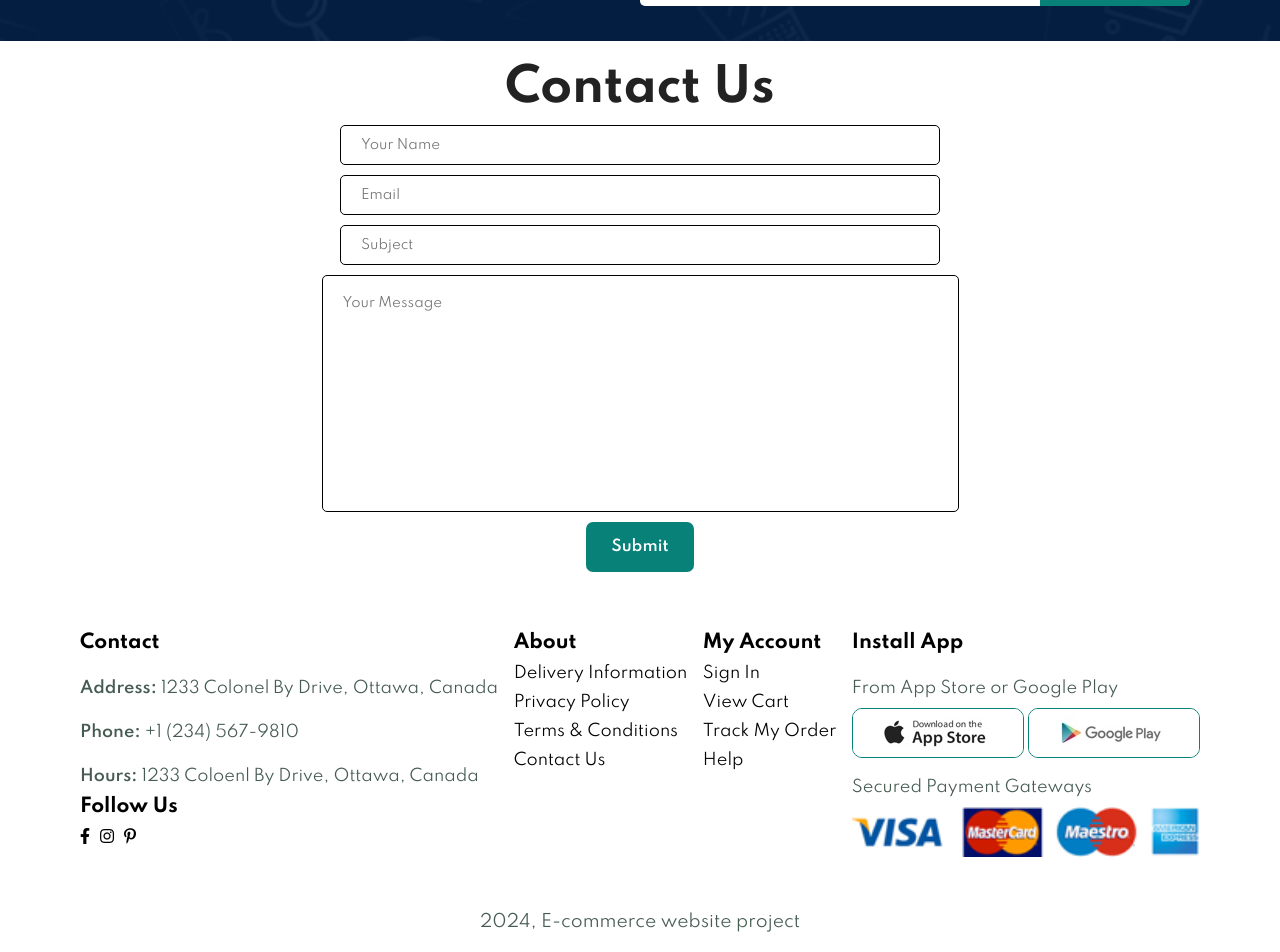
Repository: Daryllgio/E-Commerce-Website-UI
Page: contact.html
An editor plug-in stored every save of this project. The page is shown before and after the next save, followed by the edit.
The browser window is 1280 px wide. The pictures show the part of the page from y = 1015 to 1967 px (the page is 1967 px tall before and 1747 px after).
Some web libraries are served in a nearby version.

Above is the page before, as saved 2025-01-02 00:03:13.

### contact.html
<!DOCTYPE html>
<html lang="en">

<head>
    <meta charset="UTF-8">
    <meta http-equiv="X-UA-Compatible" content="IE=edge">
    <meta name="viewport" content="width=device-width, initial-scale=1.0">
    <title>Document</title>

    <link rel="stylesheet" href="https://pro.fontawesome.com/releases/v5.10.0/css/all.css" />

    <link rel="stylesheet" href="style.css">
</head>

<body>
    <section id="header">
        <a href="#"><img src="img/logo.png" id="logo" class="logo" alt=""></a>

        <div>
            <ul id="navbar">
                <li>
                    <a href="index.html">Home</a>
                </li>
                <li>
                    <a href="shop.html">Shop</a>
                </li>
                <li>
                    <a class="active" href="contact.html">Contact</a>
                </li>
                <li>
                    <a href="cart.html"><i class="fa fa-shopping-cart" aria-hidden="true"></i></a>
                </li>

            </ul>
        </div>
    </section>
    <section id="ContactPageheader" class="section-p1">
        <h2>#Let's Talk</h2>
        <p>Leave A Message. We love to hear from you !</p>
    </section>
    <section id="ContactDetailContainer">
        <div>
            <p>
                GET IN TOUCH
            </p>
            <h2>
                Visit one of our agency locations or contact us today
            </h2>
            <h3>
                Head Office
            </h3>
            <div class="ContactDetail">
                <i class="far fa-map"></i>
                <p>
                    56 Glassford Street Glasgow G1 1UL New York
                </p>
            </div>
            <div class="ContactDetail">
                <i class="far fa-envelope"></i>
                <p>
                    Contact@example.com
                </p>
            </div>
            <div class="ContactDetail">
                <i class="far fa-phone-alt"></i>
                <p>
                    +1 (234) 567-9810
                </p>
            </div>
            <div class="ContactDetail">
                <i class="far fa-clock"></i>
                <p>
                    Monday to Saturday: 9.00am to 16.pm
                </p>
            </div>
        </div>

        <div class="map">
            <iframe
                src="https://www.google.com/maps/embed?pb=!1m18!1m12!1m3!1d3154.2481147782505!2d-122.38923522391983!3d37.760780071988954!2m3!1f0!2f0!3f0!3m2!1i1024!2i768!4f13.1!3m3!1m2!1s0x808f7f001c806bf3%3A0xfff22b37f9f735f4!2sY%20Combinator!5e0!3m2!1sen!2sus!4v1735790510353!5m2!1sen!2sus"
                width="600" height="450" style="border:0;" allowfullscreen="" loading="lazy"
                referrerpolicy="no-referrer-when-downgrade"></iframe>
        </div>
    </section>

    <section id="sm-NewsLetter" class="section-p1">
        <div class="Newsletters-Container">
            <div class="Newsletters-Text">
                <h3>Sign Up For Newsletters</h3>
                <p> Get the updates about out latest shop and <span>special offers</span></p>
            </div>
            <div class="Newsletters-Input">
                <input placeholder="Your email address" />
                <button>
                    Sign Up
                </button>
            </div>
        </div>
    </section>

    <section id="Contact-Input">
        <h2>
            Contact Us
        </h2>
        <input type="text" placeholder="Your Name" class="Input-Box" />
        <input type="text" placeholder="Email" class="Input-Box" />
        <input type="text" placeholder="Subject" class="Input-Box" />
        <input type="text" placeholder="Your Message" class="Input-Message-Box" />
        <button>
            Submit
        </button>
    </section>

    <section id="Footer" class="section-p1">
        <div class="Footer-box">
            <h3>Contact</h3>
            <p><span>Address: </span>1233 Colonel By Drive, Ottawa, Canada</p>
            <p><span>Phone: </span>+1 (234) 567-9810</span></p>
            <p><span>Hours: </span>1233 Coloenl By Drive, Ottawa, Canada</p>
            <h3>Follow Us</h3>

            <div class="Social-Icons">
                <i class="fab fa-facebook-f"></i>
                <i class="fab fa-instagram"></i>
                <i class="fab fa-pinterest-p"></i>
            </div>
        </div>

        <div class="Footer-box">
            <h3>About</h3>
            <a href="#">Delivery Information</a>
            <a href="#">Privacy Policy</a>
            <a href="#">Terms & Conditions</a>
            <a href="contact.html">Contact Us</a>
        </div>

        <div class="Footer-box">
            <h3>My Account</h3>
            <a href="#">Sign In</a>
            <a href="cart.html">View Cart</a>
            <a href="#">Track My Order</a>
            <a href="#">Help</a>
        </div>

        <div class="Footer-box">
            <h3>Install App</h3>
            <p>From App Store or Google Play</p>
            <div class="Pay-Container">
                <img src="img/pay/app.jpg" class="pay" alt="">
                <img src="img/pay/play.jpg" class="pay" alt="">

            </div>
            <p>Secured Payment Gateways</p>
            <img src="img/pay/pay.png" alt="">

        </div>

    </section>
    <div id="copyright">
        <p>
            2024, E-commerce website project
        </p>
    </div>


    <script src="script.js"></script>

</body>

</html>

### style.css
@import url("https://fonts.googleapis.com/css2?family=Spartan:wght@100;200;300;400;500;600;700;800;900&display=swap");

* {
  margin: 0;
  padding: 0;
  box-sizing: border-box;
  font-family: "Spartan", sans-serif;
}

html {
  scroll-behavior: smooth;
}

/* Global Styles */

h1 {
  font-size: 50px;
  line-height: 64px;
  color: #222;
}

h2 {
  font-size: 46px;
  line-height: 54px;
  color: #222;
}

h4 {
  font-size: 20px;
  color: #222;
}

h6 {
  font-weight: 700;
  font-size: 12px;
}

p {
  font-size: 16px;
  color: #465b52;
  margin: 15px 0 20px 0;
}

.section-p1 {
  padding: 40px 80px;
}

.section-m1 {
  margin: 40px 0;
}

button.normal {
  font-size: 14px;
  font-weight: 400;
  padding: 15px 20px;
  border-radius: 5px;
  cursor: pointer;
  border: none;
  outline: none;
  transition: 0.3s;
}

body {
  width: 100%;
}

#header {
  display: flex;
  align-items: center;
  justify-content: space-between;
  padding: 20px 80px;
  background: #E3E6F3;
  box-shadow: 0 5px 15px rgba(0, 0, 0, 0.06);
  position: sticky;
  top: 0;
  left: 0;

}



#navbar {
  display: flex;
  align-items: center;
  justify-content: center;
}

#navbar li {
  list-style: none;
  padding: 0px 20px;
}

#navbar li a {
  text-decoration: none;
  font-size: 15px;
  font-weight: 600;
  color: #000;
  transition: 0.3s ease;
}

#navbar li a:hover,
#navbar li a.active {
  color: #088178;
}

#HomeHeaderContent {
  background-image: url("img/hero4.png");
  height: 90vh;
  width: 100%;
  background-size: cover;
  background-position: top 25% right 0;
  padding: 0 80px;
  align-items: flex-start;
  display: flex;
  flex-direction: column;
  justify-content: center;
}

#HomeHeaderContent h4 {
  margin-bottom: 10px;
}

#HomeHeaderContent h1 {
  color: #088178;
}

#HomeHeaderContent button {
  color: #088178;
  background-image: url("img/button.png");
  font-size: 15px;
  font-weight: 600;
  background-color: transparent;
  border: 0;
  padding: 14px 80px 14px 65px;
  background-repeat: no-repeat;
  cursor: pointer;
}

#Features {
  display: flex;
  justify-content: space-between;
}

#Features .fe-box {
  width: 200px;
  text-align: center;
  padding: 35px 25px;
  border: 1px solid #cce7d0;
  box-shadow: 20px 20px 34px rgba(0, 0, 0, 0.03);
  border-radius: 10px;
}

#Features .fe-box:hover {
  box-shadow: 10px 10px 54px rgba(0, 0, 0, 0.1);
}

#Features .fe-box img {
  margin-bottom: 10px;
}

#Features .fe-box h6 {
  font-size: 13px;
  display: inline-block;
  line-height: 1;
  border-radius: 4px;
  color: #088178;
  background-color: #fddde4;
  padding: 9px 8px 6px 8px;
}

#Features .fe-box:nth-child(2) h6 {
  background-color: #cdebbc;
}

#Features .fe-box:nth-child(3) h6 {
  background-color: #d1e8f2;
}

#Features .fe-box:nth-child(4) h6 {
  background-color: #cdd4f8;
}

#Features .fe-box:nth-child(5) h6 {
  background-color: #f6dbf6;
}

#Features .fe-box:nth-child(6) h6 {
  background-color: #fff2e5;
}

#product1 {
  text-align: center;
}

#product1 .pro {
  width: 23%;
  min-width: 250px;
  padding: 10px 25px;
  border: 1px solid #f0f0f0;
  border-radius: 20px;
  cursor: pointer;
  box-shadow: 20px 20px 30px rgba(0, 0, 0, 0.02);
  transition: 0.3s ease;
}

#product1 .pro:hover {
  box-shadow: 20px 20px 30px rgba(0, 0, 0, 0.06);

}

#product1 .pro img {
  width: 100%;
  border-radius: 20px;
}

#product1 .pro .des {
  text-align: start;
  padding: 10px 0;
}

#product1 .pro .des span {
  color: #606063;
  font-size: 12px;
}

#product1 .pro .des h5 {
  color: #1a1a1a;
  font-size: 14px;
  padding-top: 7px;
}

#product1 .pro .des .fa-star {
  color: rgb(243, 181, 25);
  font-size: 12px;
}

#product1 .pro .des h4 {
  font-size: 16px;
  padding-top: 7px;
  font-weight: 700;
  color: #088178;

}

#product1 .pro .Shop {
  display: flex;
  justify-content: space-between;
}

#product1 .pro .des .fa-shopping-cart {
  width: 40px;
  height: 40px;
  line-height: 40px;
  border-radius: 50px;
  font-size: 17px;
  background-color: #e8f6ea;
  font-weight: 500;
  color: #088178;
  border: 1px solid #cce7d0;
  text-align: center;
}

#product1 .pro-container {
  display: flex;
  justify-content: space-between;
  padding: 20px;
  flex-wrap: wrap;
}


#banner {
  background-image: url("img/banner/b2.jpg");
  height: 40vh;
  width: 100%;
  background-size: cover;
  background-position: top 25% right 0;
  padding: 0 80px;
  text-align: center;
  display: flex;
  flex-direction: column;
  align-items: center;
  justify-content: center;
}

#banner p {
  font-size: 15px;
  margin-bottom: 15px;
  font-weight: 400;
  color: #ffffff;
}

#banner h2 {
  color: #fff;
  margin-bottom: 15px;
}

#banner span {
  color: red;
}

#banner button:hover {
  color: #fff;
  background-color: #088178;
}



#sm-banner {
  display: flex;
  justify-content: space-between;
  flex-wrap: wrap;
  margin-bottom: 10px;
}

#sm-banner .banner-box {
  background-image: url("img/banner/b17.jpg");
  height: 50vh;
  min-width: 620px;
  background-size: cover;
  padding: 0 20px;
  display: flex;
  flex-direction: column;
  align-items: flex-start;
  justify-content: center;

}

#sm-banner .banner-box:nth-child(2) {
  background-image: url("img/banner/b10.jpg");
}

#sm-banner p {
  font-size: 20px;
  color: #fff;
}

#sm-banner h2 {
  color: #fff;
}

#sm-banner span {
  font-size: 17px;
  color: #fff;
  margin-top: 15px;
}

#sm-banner button {
  margin-top: 25px;
  background-color: transparent;
  color: #fff;
  border: 1px solid #fff;
  transition: 0.3s ease;

}

#sm-banner button:hover {
  border: 0;
  background-color: #088178;
}




#sm-banner2 {
  display: flex;
  justify-content: space-between;
}

#sm-banner2 .banner-box {
  background-image: url("img/banner/b7.jpg");
  height: 30vh;
  width: 420px;
  background-size: cover;
  padding: 0 20px;
  display: flex;
  flex-direction: column;
  align-items: flex-start;
  justify-content: center;
  overflow: hidden;

}

#sm-banner2 .banner-box:nth-child(2) {
  background-image: url("img/banner/b4.jpg");
}

#sm-banner2 .banner-box:nth-child(3) {
  background-image: url("img/banner/b18.jpg");
}

#sm-banner2 h3 {
  font-size: 28px;
  color: #fff;
}

#sm-banner2 span {
  font-size: 17px;
  color: #fff;
  font-weight: 600;
  margin-top: 15px;
}

#sm-NewsLetter {
  background-image: url("img/banner/b14.png");
  background-repeat: no-repeat;
  height: 20vh;
  width: 100%;
  background-size: cover;
  background-position: top 25% right 30%;
  background-color: #041e42;
}

#sm-NewsLetter .Newsletters-Container {
  justify-content: space-between;
  padding: 0 10px;
  display: flex;
  flex-direction: row;
  align-items: center;
}

#sm-NewsLetter .Newsletters-Container h3 {
  color: #fff;
  font-size: 24px;
}

#sm-NewsLetter .Newsletters-Container p {
  color: #fff;
}

#sm-NewsLetter .Newsletters-Container span {
  color: rgb(243, 181, 25);
}

#sm-NewsLetter .Newsletters-Input {
  display: flex;
}

#sm-NewsLetter input {
  width: 400px;
  border: 0;
  border-radius: 5px;
  border-top-right-radius: 0;
  border-bottom-right-radius: 0;
  height: 55px;
  padding-left: 30px;
  font-size: 16px;
}

#sm-NewsLetter button {
  width: 150px;
  height: 55px;
  font-size: 16px;
  color: #fff;
  background-color: #088178;
  border: 0;
  border-radius: 5px;
  border-top-left-radius: 0;
  border-bottom-left-radius: 0;
}

#Footer {
  display: flex;
  flex-direction: row;
  justify-content: space-between;
}

#Footer .Footer-box {
  display: flex;
  flex-direction: column;
}

#Footer a {
  margin-bottom: 10px;
  text-decoration: none;
  color: #000;
}



#Footer h3 {
  margin-bottom: 10px;
}

#Footer .Social-Icons {
  display: flex;
  flex-direction: row;
  align-items: center;
}

#Footer i {
  margin-right: 10px;
}

#Footer span {
  font-weight: 600;
}

#Footer p {
  margin-bottom: 10px;
}

#Footer .pay {
  border: 1px solid #088178;
  border-radius: 10px;
}

#copyright p {
  text-align: center;
  font-size: 17px;
  font-weight: 400;
}

#ShopPageheader {
  background-image: url("img/banner/b1.jpg");
  height: 40vh;
  width: 100%;
  background-size: cover;
  background-position: top 25% right 0;
  padding: 0 80px;
  text-align: center;
  display: flex;
  flex-direction: column;
  align-items: center;
  justify-content: center;
}

#ShopPageheader h2 {
  color: #fff;
}

#ShopPageheader p {
  color: #fff;
  font-size: 18px;
  font-weight: 600;
}

#ShopPagePagination {
  display: flex;
  align-items: center;
  justify-content: center;
  margin-bottom: 20px;
}

#ShopPagePagination a {
  padding: 20px 25px;
  align-items: center;
  text-align: center;
  background-color: #088178;
  font-size: 15px;
  font-weight: 600;
  border: 0;
  text-decoration: none;
  border-radius: 10px;
  margin-right: 10px;
  color: #fff;
}

#ShopPagePagination a i {
  font-size: 18px;
}

.dropdown-content {
  display: none;
  position: absolute;
  background-color: #f9f9f9;
  min-width: 160px;
  box-shadow: 0px 8px 16px rgba(0, 0, 0, 0.2);
  z-index: 1;
}

.dropdown-content a {
  color: black;
  padding: 12px 16px;
  text-decoration: none;
  display: block;
}

.dropdown-content a:hover {
  background-color: #f1f1f1;
}

#Product-Detail-Container {
  display: flex;
  padding: 0 80px;
  margin-top: 30px;
}

#Product-Detail-Container .OptionContainer {
  display: flex;
  align-items: center;
  flex-direction: column;
  margin-right: 30px;
}

#Product-Detail-Container .OptionSubContainer {
  display: flex;
  justify-content: flex-start;
}



#MainImg {
  width: 590px;
  height: 60vh;
  margin-bottom: 10px;
}

#Product-Detail-Container .option {
  width: 140px;
  height: 20vh;
  margin-right: 10px;
  cursor: pointer;
}

#Product-Detail-Container .Product-Category {
  margin-bottom: 20px;
}

#Product-Detail-Container .Product-Price {
  margin-bottom: 20px;
}

#Product-Detail-Container .dropdown-btn {
  padding: 12px 25px;
  border: 1px solid;
  border-radius: 5px;
  background-color: transparent;
}

#Product-Detail-Container .Product-Num-Container {
  display: flex;
  align-items: center;
  margin-top: 10px;
  margin-bottom: 50px;
}

#Product-Detail-Container .Size-btn {
  padding: 12px 25px;
  border: 1px solid;
  border-radius: 5px;
  text-align: center;
  margin-right: 10px;
  background-color: #fff;
}

#Product-Detail-Container .AddToCart-btn {
  padding: 16px 25px;
  border: 0;
  border-radius: 7px;
  text-align: center;
  background-color: #088178;
  color: #fff;
  font-size: 15px;
  font-weight: 600;
}


#Product-Detail-Container .Product-Detail-Header {
  color: #000;
  font-size: 22px;
  font-weight: 600;
}

#Product-Detail-Container .Product-Details {
  color: #000;
  line-height: 25px;
}

#ContactPageheader {
  background-image: url("img/about/banner.png");
  height: 40vh;
  width: 100%;
  background-size: cover;
  background-position: top 25% right 0;
  padding: 0 80px;
  text-align: center;
  display: flex;
  flex-direction: column;
  align-items: center;
  justify-content: center;
}

#ContactPageheader h2 {
  color: #fff;
}

#ContactPageheader p {
  color: #fff;
  font-size: 18px;
  font-weight: 600;
}

#ContactDetailContainer {
  display: flex;
  align-items: center;
  gap: 20px;
  padding: 30px 50px;
}

#ContactDetailContainer .ContactDetail {
  display: flex;
  align-items: center;
  gap: 10px;
}

#ContactDetailContainer h2 {
  margin-bottom: 20px;
}

#ContactDetailContainer p {
  color: #000;
  font-size: 17px;
}

#Contact-Input {
  display: flex;
  flex-direction: column;
  gap: 10px;
  padding: 20px 100px;
  align-items: center;
}

#Contact-Input h2 {
  text-align: center;
}

#Contact-Input .Input-Box {
  width: 600px;
  height: 40px;
  padding: 0 20px;
  border-radius: 5px;
  border: 1px solid;
}

#Contact-Input .Input-Message-Box {
  padding-top: 20px;
  padding-bottom: 200px;
  padding-right: 420px;
  padding-left: 20px;
  border-radius: 5px;
  border: 1px solid;
}

#Contact-Input button {
  padding: 16px 25px;
  border: 0;
  border-radius: 7px;
  text-align: center;
  background-color: #088178;
  color: #fff;
  font-size: 15px;
  font-weight: 600;
}

### script.js
// Script for navigation bar
function toggleDropdown(dropdownId) {
    const dropdown = document.getElementById(dropdownId);
    const isOpen = dropdown.style.display === "block";
    closeAllDropdowns(); // Close any other open dropdowns
    dropdown.style.display = isOpen ? "none" : "block";
}

function closeAllDropdowns() {
    const dropdowns = document.querySelectorAll(".dropdown-content");
    dropdowns.forEach(dropdown => {
        dropdown.style.display = "none";
    });
}

function updateButtonText(dropdownId, selectedItem) {
    const dropdown = document.getElementById(dropdownId);
    const button = dropdown.previousElementSibling; // Select the button associated with the dropdown
    button.textContent = selectedItem.textContent; // Update button text with the selected item's text
    dropdown.style.display = "none"; // Close the dropdown after selection
}

// Close dropdowns when clicking outside
document.addEventListener("click", function (event) {
    if (!event.target.matches(".dropdown-btn") && !event.target.matches(".Size-btn")) {
        closeAllDropdowns();
    }
});

After the next save:
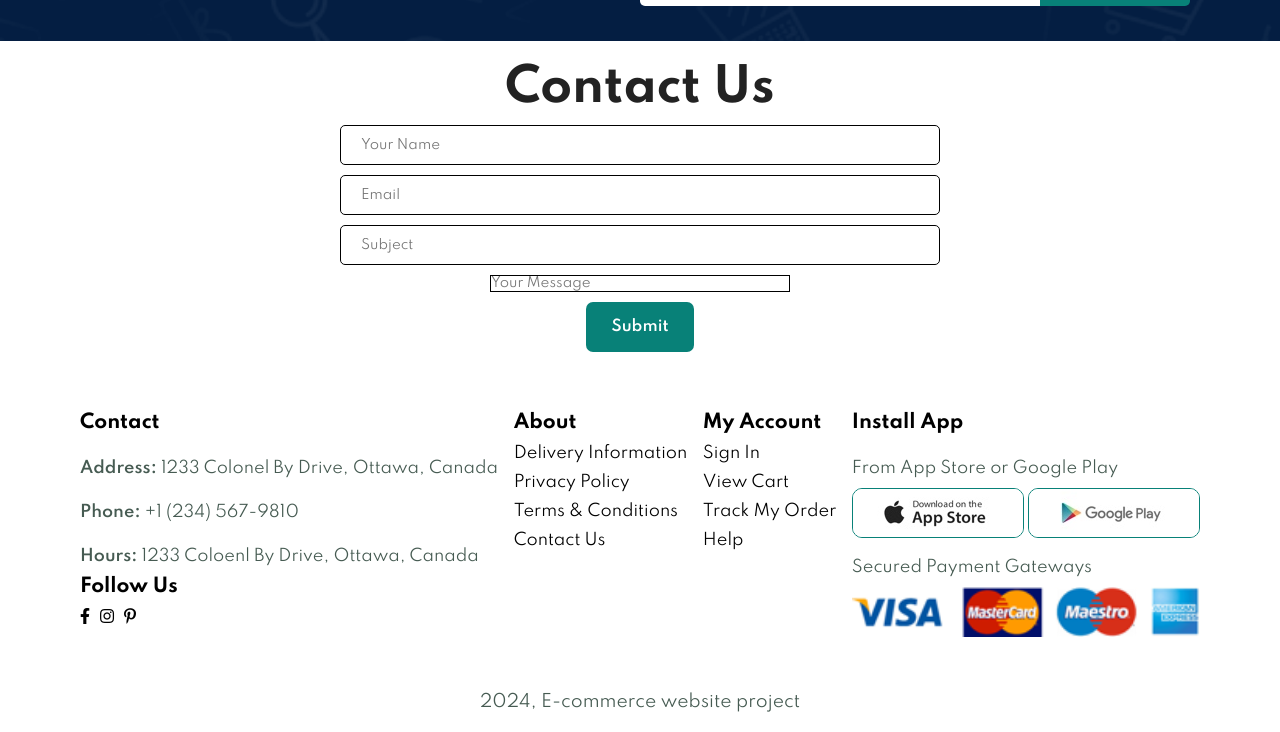
Saved 64 s later.
--- a/style.css
+++ b/style.css
@@ -733,11 +733,7 @@ body {
 }
 
 #Contact-Input .Input-Message-Box {
-  padding-top: 20px;
-  padding-bottom: 200px;
-  padding-right: 420px;
-  padding-left: 20px;
-  border-radius: 5px;
+  width: 300px;
   border: 1px solid;
 }
 
